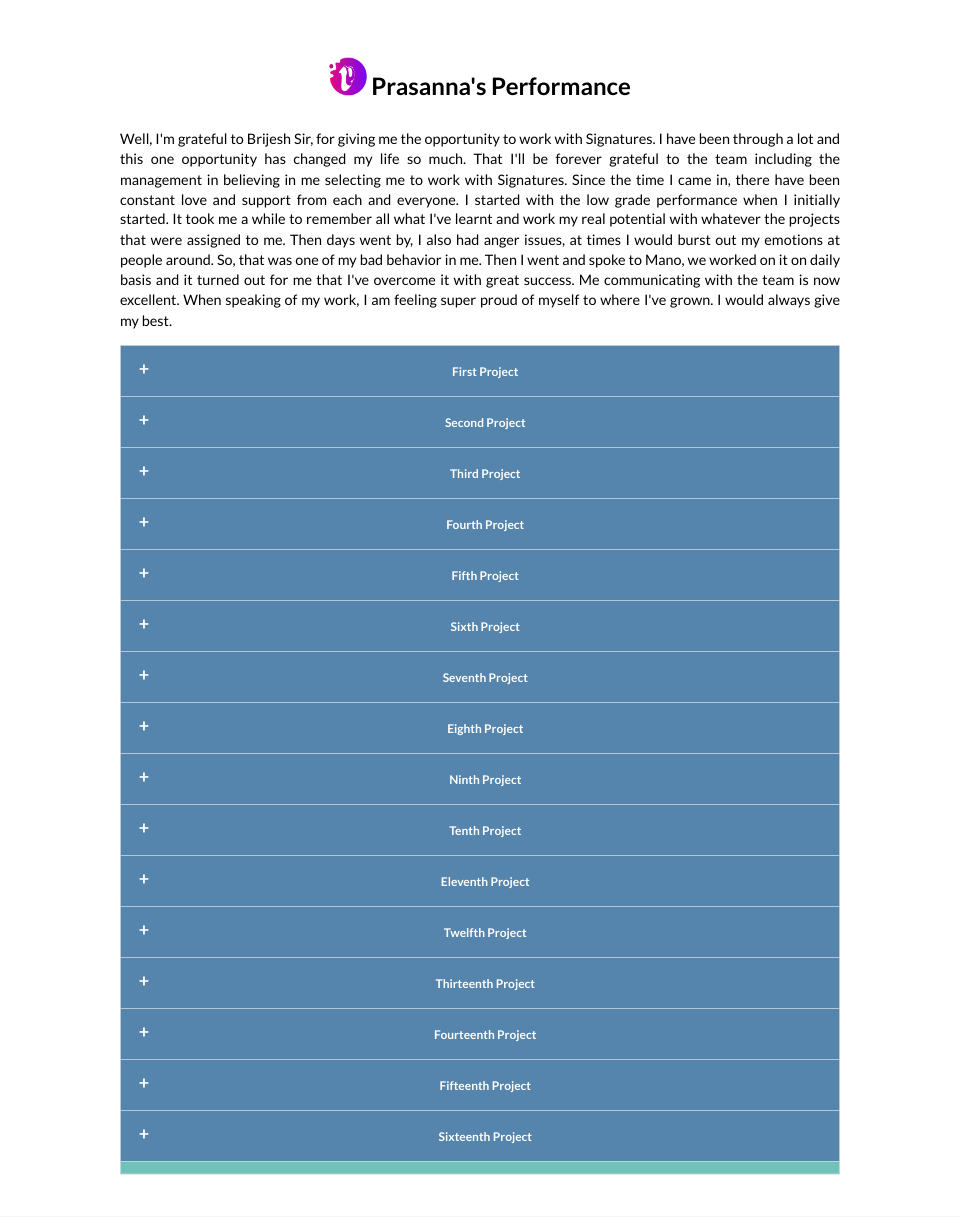
Repository: Imprasna/personalperform
Page: index.html
These files come from the project's save history. The page is drawn as it stood at one moment and after a run of saves; the edit follows.
The browser window is 1280 px wide. The pictures show the whole page, at 75% of full size.
The style sheet was rebuilt from its Sass, Less or Tailwind sources for each picture, by a compiler version that may differ from the author's.

Above is the page before, as saved 2021-12-30 23:20:43.

After the next 2 saves:
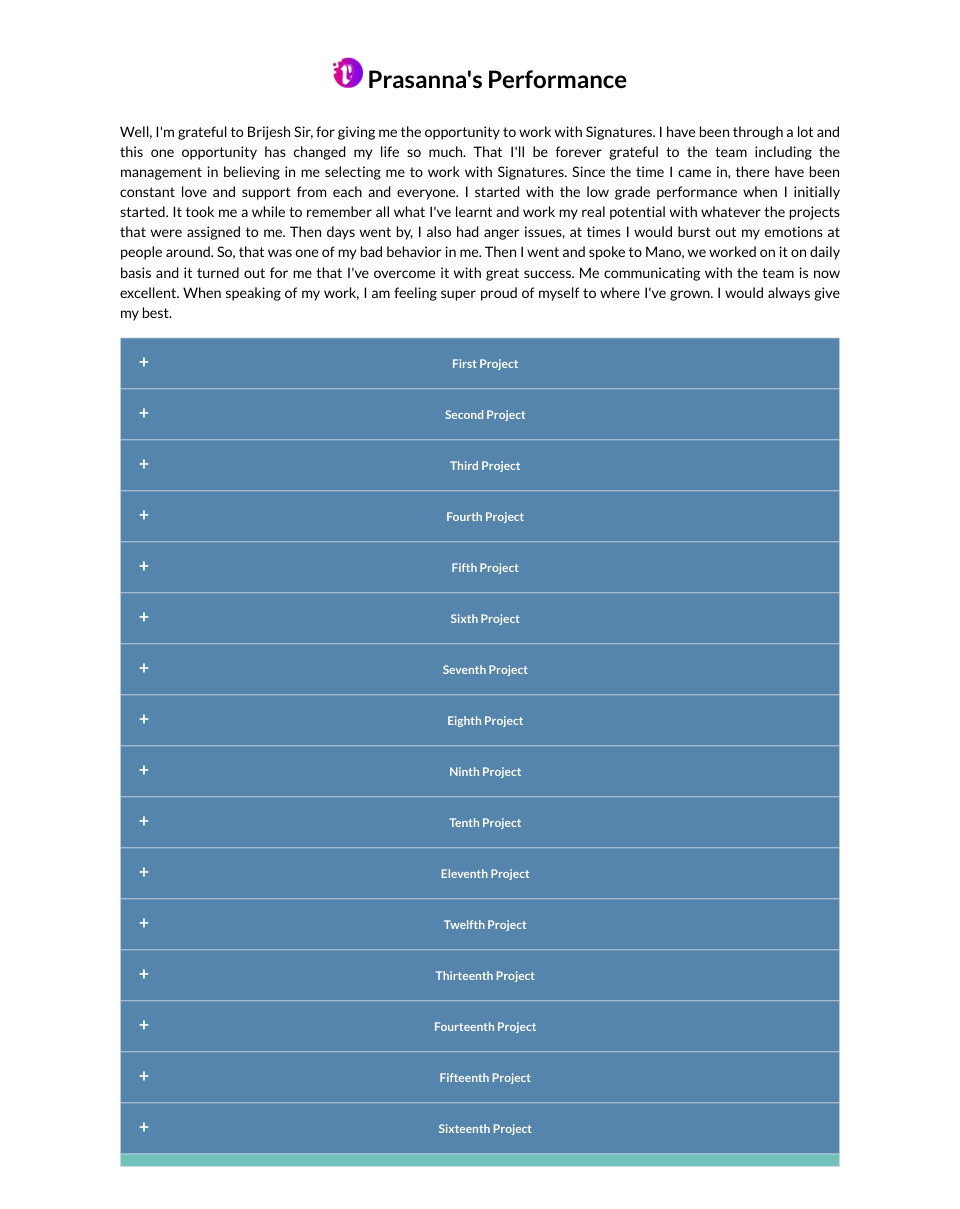
The 2 saves are shown as one change because they came seconds apart.
The last was saved 12 s later.
--- a/accordion.scss
+++ b/accordion.scss
@@ -14,8 +14,8 @@
     text-align:center;
   }
   .logo {
-      width: 50px;
-      height: 50px;
+      width: 40px;
+      height: 40px;
   }
   .headingg {
       font-size: 1.2rem;
